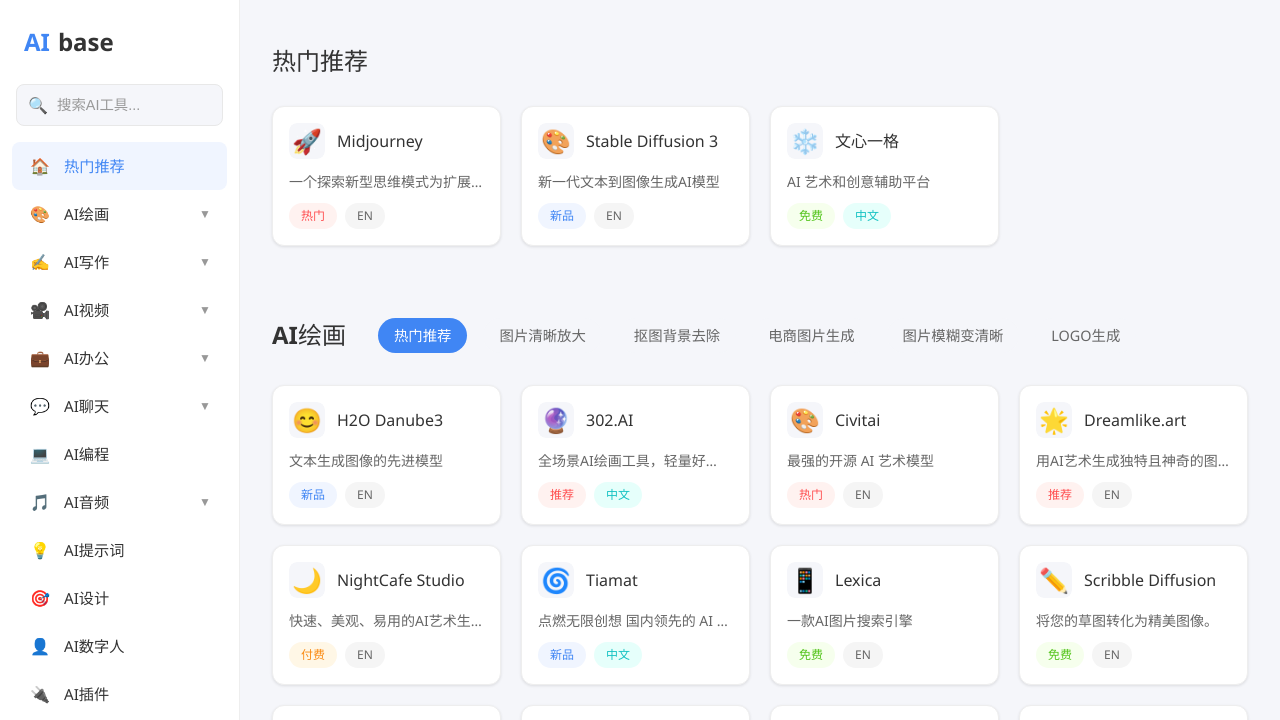
Repository: sai5585wo/ai-tools-resource-site
Page: / (app in frontend/)
The author's editor kept a copy of each file at every save. The page is drawn from the files as they stood at one save, then again after the next save.
The browser window is 1280 px wide. The pictures show the whole page.
An inner scrolling area shows only its first screen. The project was rebuilt for these pictures with package versions that can differ from the ones it lists, and the page was loaded fresh each time. Also part of the build but not shown: frontend/vite.config.js.

Above is the page before, as saved 2025-05-17 22:32:19.

### frontend/index.html
<!doctype html>
<html lang="en">
  <head>
    <meta charset="UTF-8" />
    <link rel="icon" type="image/svg+xml" href="/vite.svg" />
    <meta name="viewport" content="width=device-width, initial-scale=1.0" />
    <title>Vite + Vue</title>
    <style>
      body, #app {
        background: #f5f5f5 !important;
        width: 100vw;
        height: 100vh;
        margin: 0;
        padding: 0;
      }
      .content-wrapper {
        width: 100%;
        max-width: none;
        margin: 0;
        padding: 24px 32px;
        box-sizing: border-box;
      }
      .tool-list {
        display: grid;
        grid-template-columns: repeat(4, 1fr);
        gap: 16px;
        width: 100%;
      }
      .tool-card {
        background: #fff;
        border-radius: 8px;
        padding: 16px;
        box-shadow: 0 1px 3px rgba(0, 0, 0, 0.1);
        transition: all 0.3s ease;
      }
      .tool-card:hover {
        transform: translateY(-2px);
        box-shadow: 0 4px 12px rgba(0, 0, 0, 0.1);
      }
      .tool-card-content {
        flex: 1;
        display: flex;
        flex-direction: column;
        gap: 8px;
      }
      .section-title {
        font-size: 20px;
        font-weight: 600;
        margin: 0 0 24px 0;
        padding: 0;
      }
      @media screen and (max-width: 1400px) {
        .tool-list {
          grid-template-columns: repeat(3, 1fr);
        }
      }
      @media screen and (max-width: 1024px) {
        .tool-list {
          grid-template-columns: repeat(2, 1fr);
        }
      }
    </style>
  </head>
  <body>
    <div id="app"></div>
    <script type="module" src="/src/main.js"></script>
  </body>
</html>

### frontend/src/style.css
* {
  margin: 0;
  padding: 0;
  box-sizing: border-box;
}

html, body {
  width: 100%;
  height: 100%;
  margin: 0;
  padding: 0;
  overflow-x: hidden;
}

body {
  font-family: 'Segoe UI', 'Roboto', 'Arial', sans-serif;
  -webkit-font-smoothing: antialiased;
  -moz-osx-font-smoothing: grayscale;
  background: linear-gradient(120deg, #232526 0%, #414345 100%);
}

:root {
  font-family: system-ui, Avenir, Helvetica, Arial, sans-serif;
  line-height: 1.5;
  font-weight: 400;

  color-scheme: light dark;
  color: rgba(255, 255, 255, 0.87);
  background-color: #242424;

  font-synthesis: none;
  text-rendering: optimizeLegibility;
  -webkit-font-smoothing: antialiased;
  -moz-osx-font-smoothing: grayscale;
}

a {
  font-weight: 500;
  color: #646cff;
  text-decoration: inherit;
}
a:hover {
  color: #535bf2;
}

h1 {
  font-size: 3.2em;
  line-height: 1.1;
}

button {
  border-radius: 8px;
  border: 1px solid transparent;
  padding: 0.6em 1.2em;
  font-size: 1em;
  font-weight: 500;
  font-family: inherit;
  background-color: #1a1a1a;
  cursor: pointer;
  transition: border-color 0.25s;
}
button:hover {
  border-color: #646cff;
}
button:focus,
button:focus-visible {
  outline: 4px auto -webkit-focus-ring-color;
}

.card {
  padding: 2em;
}

#app {
  margin: 0 auto;
  padding: 2rem;
  text-align: center;
}

@media (prefers-color-scheme: light) {
  :root {
    color: #213547;
    background-color: #ffffff;
  }
  a:hover {
    color: #747bff;
  }
  button {
    background-color: #f9f9f9;
  }
}

### frontend/src/components/ToolCard.vue
<template>
  <a :href="url" target="_blank" rel="noopener noreferrer" class="tool-card">
    <div class="tool-header">
      <div class="tool-icon">
        <img v-if="icon.startsWith('http')" :src="icon" :alt="title">
        <span v-else class="emoji-icon">{{ icon }}</span>
      </div>
      <div class="tool-title">{{ title }}</div>
    </div>
    <p class="tool-description">{{ description }}</p>
    <div class="tool-tags">
      <span class="tag" :class="tag.type" v-for="tag in tags" :key="tag.text">{{ tag.text }}</span>
    </div>
  </a>
</template>

<script setup>
defineProps({
  title: {
    type: String,
    required: true
  },
  description: {
    type: String,
    required: true
  },
  tags: {
    type: Array,
    default: () => []
  },
  icon: {
    type: String,
    default: '🤖'
  },
  url: {
    type: String,
    required: true
  }
})
</script>

<style scoped>
.tool-card {
  background: white;
  border-radius: 12px;
  padding: 1rem;
  height: 140px;
  display: flex;
  flex-direction: column;
  gap: 0.75rem;
  transition: all 0.3s;
  border: 1px solid #eee;
  text-decoration: none;
  cursor: pointer;
}

.tool-card:hover {
  transform: translateY(-2px);
  box-shadow: 0 4px 12px rgba(0, 0, 0, 0.05);
  border-color: #e0e0e0;
}

.tool-header {
  display: flex;
  align-items: center;
  gap: 0.75rem;
}

.tool-icon {
  width: 36px;
  height: 36px;
  display: flex;
  align-items: center;
  justify-content: center;
  flex-shrink: 0;
  border-radius: 8px;
  overflow: hidden;
  background: transparent;
}

.tool-icon img {
  width: 100%;
  height: 100%;
  object-fit: contain;
  padding: 0;
}

.tool-icon img[src$=".svg"] {
  padding: 0;
}

.emoji-icon {
  font-size: 1.5rem;
  width: 100%;
  height: 100%;
  display: flex;
  align-items: center;
  justify-content: center;
  background: #f5f6fa;
  border-radius: 8px;
}

.tool-title {
  font-size: 1rem;
  font-weight: 500;
  color: #333;
  margin: 0;
}

.tool-description {
  font-size: 0.875rem;
  color: #666;
  margin: 0;
  line-height: 1.5;
  flex: 1;
  text-align: left;
  overflow: hidden;
  text-overflow: ellipsis;
  display: -webkit-box;
  -webkit-line-clamp: 1;
  -webkit-box-orient: vertical;
  height: 21px; /* 设置固定高度，等于 font-size * line-height */
}

.tool-tags {
  display: flex;
  gap: 0.5rem;
  margin-top: auto;
}

.tag {
  padding: 0.25rem 0.75rem;
  border-radius: 20px;
  font-size: 0.75rem;
  font-weight: 500;
}

.tag.hot {
  background: #fff2f0;
  color: #ff4d4f;
}

.tag.new {
  background: #f0f5ff;
  color: #4086f4;
}

.tag.free {
  background: #f6ffed;
  color: #52c41a;
}

.tag.pro {
  background: #fff7e6;
  color: #fa8c16;
}

.tag.en {
  background: #f5f5f5;
  color: #666;
}

.tag.zh {
  background: #e6fffb;
  color: #13c2c2;
}

.tag.jp {
  background: #fff0f6;
  color: #eb2f96;
}
</style>

Loaded but not shown: frontend/src/main.js (common file); frontend/src/assets/icons/index.js (38 lines, source omitted); frontend/src/App.vue (918 lines, source omitted)

After the next save:
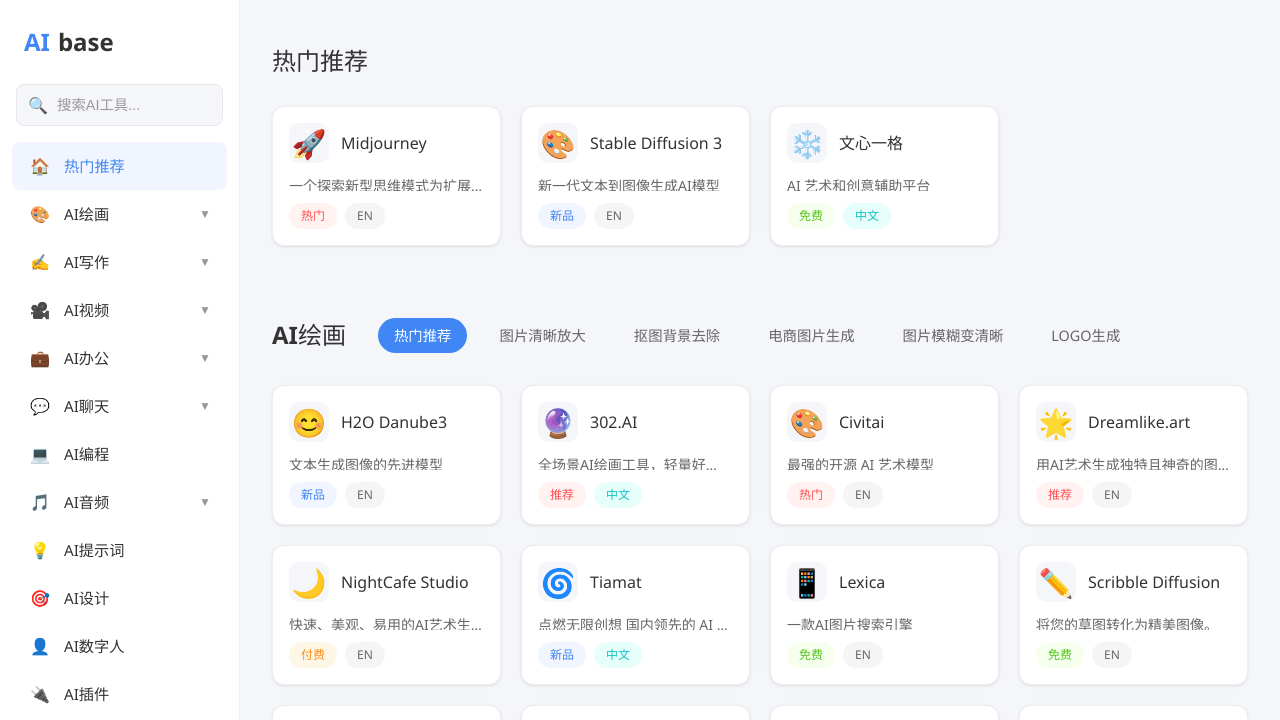
Saved 20 s later.
--- a/frontend/src/components/ToolCard.vue
+++ b/frontend/src/components/ToolCard.vue
@@ -2,7 +2,7 @@
   <a :href="url" target="_blank" rel="noopener noreferrer" class="tool-card">
     <div class="tool-header">
       <div class="tool-icon">
-        <img v-if="icon.startsWith('http')" :src="icon" :alt="title">
+        <img v-if="icon && icon.startsWith('http')" :src="icon" :alt="title">
         <span v-else class="emoji-icon">{{ icon }}</span>
       </div>
       <div class="tool-title">{{ title }}</div>
@@ -67,37 +67,31 @@
 }
 
 .tool-icon {
-  width: 36px;
-  height: 36px;
+  width: 40px;
+  height: 40px;
   display: flex;
   align-items: center;
   justify-content: center;
   flex-shrink: 0;
-  border-radius: 8px;
+  border-radius: 10px;
   overflow: hidden;
-  background: transparent;
+  background: #f5f6fa;
 }
 
 .tool-icon img {
   width: 100%;
   height: 100%;
   object-fit: contain;
-  padding: 0;
-}
-
-.tool-icon img[src$=".svg"] {
-  padding: 0;
 }
 
 .emoji-icon {
-  font-size: 1.5rem;
+  font-size: 1.75rem;
   width: 100%;
   height: 100%;
   display: flex;
   align-items: center;
   justify-content: center;
-  background: #f5f6fa;
-  border-radius: 8px;
+  line-height: 1;
 }
 
 .tool-title {
@@ -119,7 +113,7 @@
   display: -webkit-box;
   -webkit-line-clamp: 1;
   -webkit-box-orient: vertical;
-  height: 21px; /* 设置固定高度，等于 font-size * line-height */
+  height: 21px;
 }
 
 .tool-tags {
